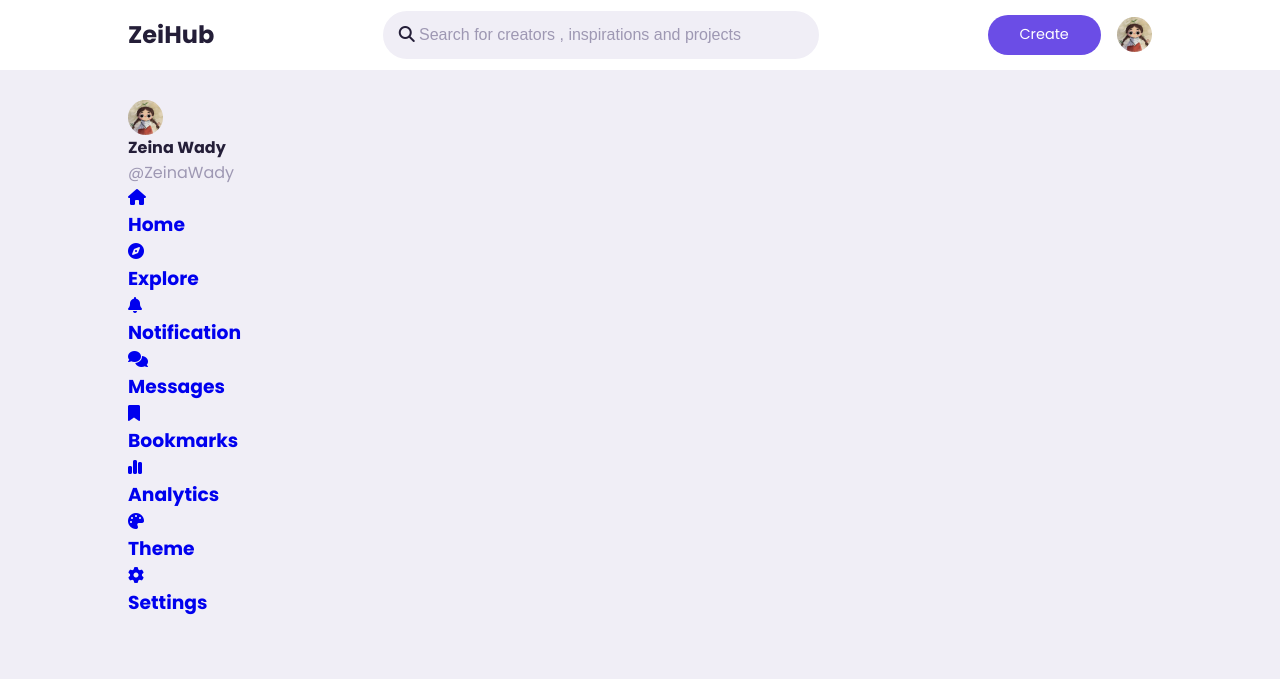
Repository: zeinawady/Social-Media-Template
Page: index.html
The author's editor kept a copy of each file at every save. The page is drawn from the files as they stood at one save, then again after the next save.
The browser window is 1280 px wide. The pictures show the whole page.

Above is the page before, as saved 2025-02-15 02:03:56.

### index.html
<!DOCTYPE html>
<html lang="en">
  <head>
    <meta charset="UTF-8" />
    <meta name="viewport" content="width=device-width, initial-scale=1.0" />
    <title>ZeiHub</title>
    <link rel="stylesheet" href="css/style.css" />
    <link rel="stylesheet" href="css/all.min.css" />
    <link rel="preconnect" href="https://fonts.googleapis.com" />
    <link rel="preconnect" href="https://fonts.gstatic.com" crossorigin />
    <link
      href="https://fonts.googleapis.com/css2?family=Poppins:ital,wght@0,100;0,200;0,300;0,400;0,500;0,600;0,700;0,800;0,900;1,100;1,200;1,300;1,400;1,500;1,600;1,700;1,800;1,900&family=Roboto:ital,wght@0,100..900;1,100..900&display=swap"
      rel="stylesheet"
    />
  </head>
  <body>
    <!-- start nav -->
    <nav>
      <div class="container">
        <h2 class="log">ZeiHub</h2>
        <div class="search-bar">
          <i class="fa-solid fa-magnifying-glass"></i>
          <input
            type="search"
            placeholder="Search for creators , inspirations and projects "
          />
        </div>
        <div class="create">
          <label class="btn nav-btn" for="#create">Create</label>
          <div class="profile-picture">
            <img src="images/girl.jpg" alt="" />
          </div>
        </div>
      </div>
    </nav>
    <!-- end nav -->

    <!-- start main -->
    <main>
      <div class="container">
        <!-- the sections of the main container -->

        <!-- start left -->
        <div class="left">
          <a class="profile">
            <div class="profile-picture">
              <img src="images/girl.jpg" alt="" />
            </div>
            <div class="handle">
              <h4>Zeina Wady</h4>
              <p class="gray-text">@ZeinaWady</p>
            </div>
          </a>
          <aside>
            <a href="#" class="menu-item">
              <span><i class="fa-solid fa-house"></i> <h3>Home</h3></span>
            </a>
            <a href="#" class="menu-item">
              <span><i class="fa-solid fa-compass"></i></i> <h3>Explore</h3></span>
             </a>
             <a href="#" class="menu-item">
              <span><i class="fa-solid fa-bell"></i><h3>Notification</h3></span>
              <div class="notifications-popup">
                <div>

                </div>
              </div>
            </a>
            <a href="#" class="menu-item">
              <span><i class="fa-solid fa-comments"></i><h3>Messages</h3></span>
            </a>
            <a href="#" class="menu-item">
              <span><i class="fa-solid fa-bookmark"></i><h3>Bookmarks</h3></span>
            </a>
            <a href="#" class="menu-item">
              <span><i class="fa-solid fa-chart-simple"></i><h3>Analytics</h3></span>
            </a>
            <a href="#" class="menu-item">
              <span><i class="fa-solid fa-palette"></i><h3>Theme</h3></span>
            </a>
            <a href="#" class="menu-item">
              <span><i class="fa-solid fa-gear"></i><h3>Settings</h3></span>
            </a>


          </aside>
        </div>
        <!-- end left -->
        <div class="mid"></div>
        <div class="right"></div>
      </div>
    </main>
    <!-- end main -->
  </body>
</html>

### css/style.css
:root{

    --color-white: hsl(252, 30%, 100%);
    --color-light:hsl(252,30%,95%);
    --color-gray:hsl(252, 15%, 65%);
    --color-primary:hsl(252, 75%, 60%);
    --color-secondary:hsl(252, 100%, 90%);
    --color-success: hsl(120, 95%, 65%);
    --color-danger: hsl(0, 95%, 65%);
    --color-dark: hsl(252, 30%, 17%);
    --color-black:hsl(252, 30%, 10%);
    --transition-speed:0.2s;

    /* --border-radius:2rem;
    --card-border-radius:1rem;
     */
}
*{
    margin: 0;
    padding: 0;
    box-sizing: border-box;
    text-decoration: none;
    list-style: none;
    border: none;
}
body{
    font-family: "Poppins", serif;
    color: var(--color-dark);
    background-color: var(--color-light);
    overflow-x: hidden;
}
/* global */
.container{
    width: 80%;
    margin: 0 auto;
}
.profile-picture{
    width: 2.2rem;
    height: 2.2rem;
    border-radius: 50%;
}
.profile-picture img{
border-radius: 50%;
width: 2.2rem;
height: 2.2rem;
}
.btn{
    /* display: inline-block; */
    padding: 0.6rem 2rem;
    font-weight: 400;
    cursor: pointer;
    border-radius: 200px;
    color: white;
    transition: all var(--transition-speed) ease-in-out;
    font-size: 0.9rem;
}
.btn:hover{
   opacity: 0.8;
}
.gray-text{
    color: var(--color-gray);
}


/* navbar */
nav{
    width: 100%;
    background-color: var(--color-white);
    padding: 0.7rem 0;
    position: fixed;
    top: 0;
    z-index: 100;
}
.nav-btn{
    background-color: var(--color-primary);

}
nav .container{
    display: flex;
    justify-content: space-between;
    align-items: center;

}
nav .search-bar{
background-color: var(--color-light);
padding: 0.7rem 1rem;
border-radius: 2rem;
outline: none;


}
nav .search-bar input{
   background: none;
   outline: none;
   width: 30vw;
   font-size: 1rem;
}
nav .search-bar input::placeholder{
    color: var(--color-gray);
}

.create{
    display: flex;
    align-items: center;
    gap: 1rem;
}


main .container{
    margin-top: 100px;
}

Loaded but not shown: css/all.min.css (library)

After the next save:
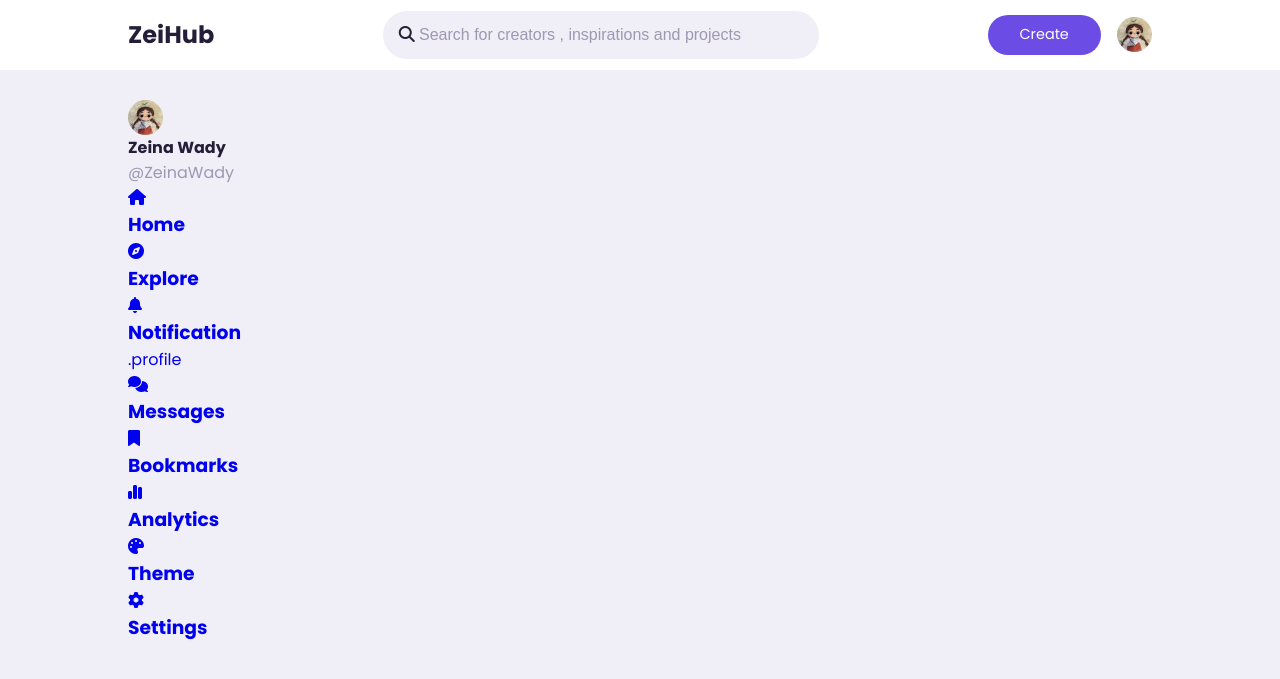
Saved 5 s later.
--- a/index.html
+++ b/index.html
@@ -62,7 +62,7 @@
               <span><i class="fa-solid fa-bell"></i><h3>Notification</h3></span>
               <div class="notifications-popup">
                 <div>
-
+                    .profile
                 </div>
               </div>
             </a>
